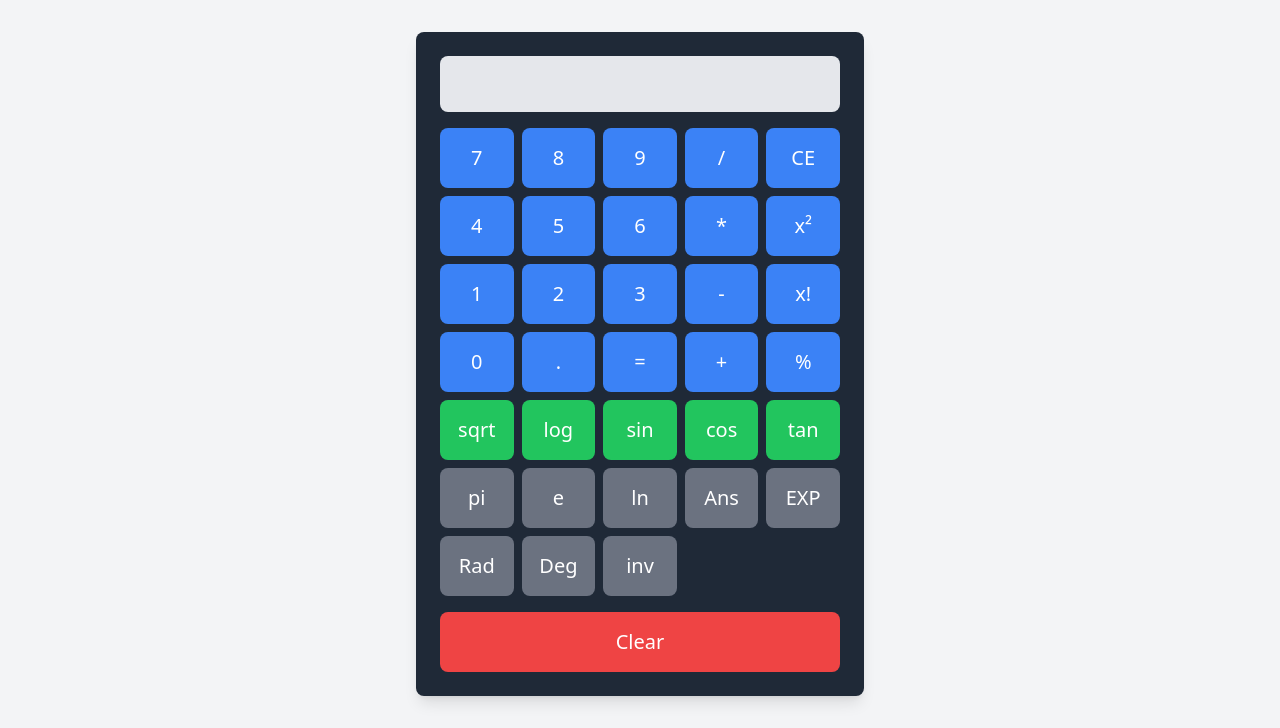
Repository: Sirinegaddour11/Calculator-App
Page: /
The author's editor kept a copy of each file at every save. The page is drawn from the files as they stood at one save, then again after a run of saves.
The browser window is 1280 px wide. The pictures show the whole page.
The project was rebuilt for these pictures with package versions that can differ from the ones it lists, and the page was loaded fresh each time. The framework's server and built-in components were replaced by stand-ins that run in the browser. Also part of the build but not shown: next.config.mjs.

Above is the page before, as saved 2024-09-16 19:25:58.

After the next 2 saves:
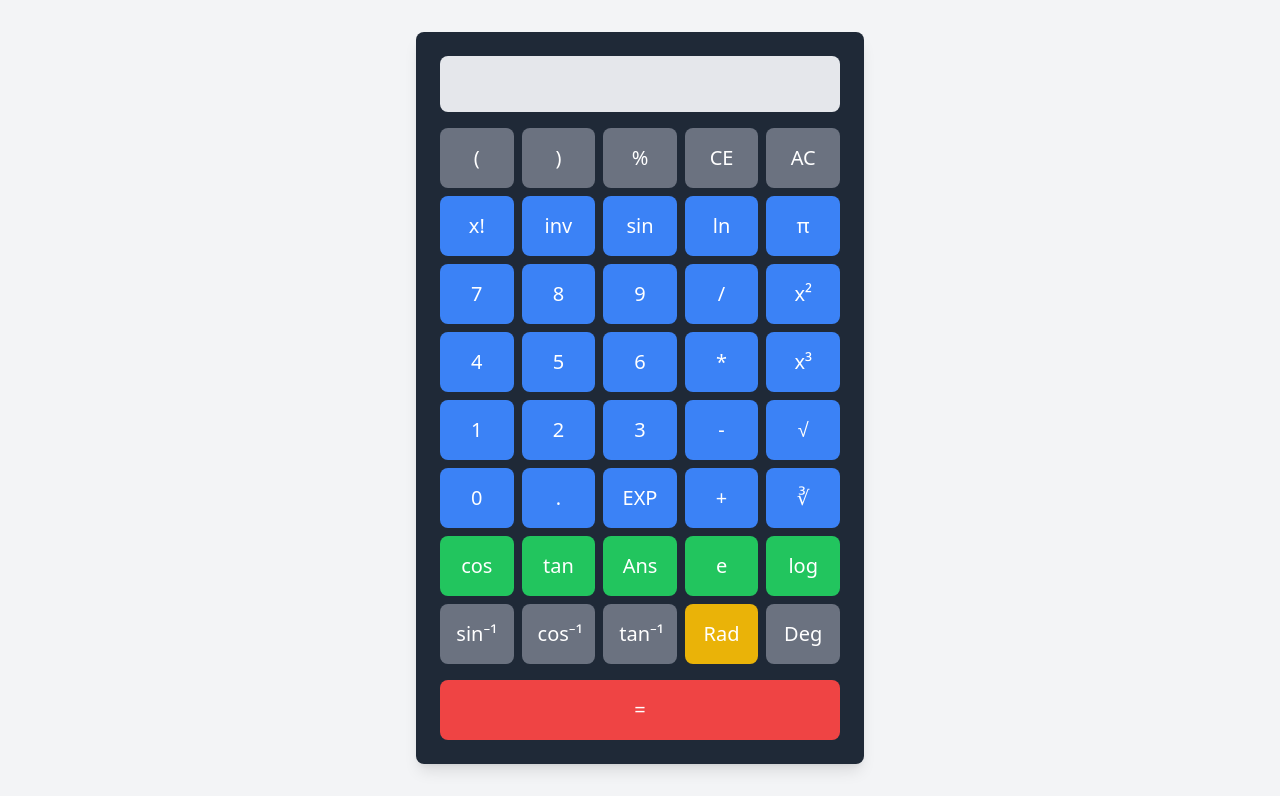
The 2 saves are shown as one change because they came seconds apart.
The last was saved 11 s later.
--- a/components/calculator.tsx
+++ b/components/calculator.tsx
@@ -114,21 +114,17 @@ const Calculator: React.FC = () => {
         />
         <div className="grid grid-cols-5 gap-2">
           {/* Ligne 1 */}
-          {["7", "8", "9", "/", "CE"].map((value, index) => (
-            <button
-              key={index}
-              className="p-4 bg-blue-500 text-white rounded-lg hover:bg-blue-600 text-xl"
-              onClick={() =>
-                value === "CE"
-                  ? handleButtonClick(value)
-                  : handleButtonClick(value)
-              }
+          {["(", ")", "%", "CE", "AC"].map((value, index) => (
+            <button
+              key={index}
+              className="p-4 bg-gray-500 text-white rounded-lg hover:bg-gray-600 text-xl"
+              onClick={() => value === "AC" ? handleClear() : handleButtonClick(value)}
             >
               {value}
             </button>
           ))}
           {/* Ligne 2 */}
-          {["4", "5", "6", "*", "x²"].map((value, index) => (
+          {["x!", "inv", "sin", "ln", "π"].map((value, index) => (
             <button
               key={index}
               className="p-4 bg-blue-500 text-white rounded-lg hover:bg-blue-600 text-xl"
@@ -138,7 +134,7 @@ const Calculator: React.FC = () => {
             </button>
           ))}
           {/* Ligne 3 */}
-          {["1", "2", "3", "-", "x!"].map((value, index) => (
+          {["7", "8", "9", "/", "x²"].map((value, index) => (
             <button
               key={index}
               className="p-4 bg-blue-500 text-white rounded-lg hover:bg-blue-600 text-xl"
@@ -148,19 +144,37 @@ const Calculator: React.FC = () => {
             </button>
           ))}
           {/* Ligne 4 */}
-          {["0", ".", "=", "+", "%"].map((value, index) => (
-            <button
-              key={index}
-              className="p-4 bg-blue-500 text-white rounded-lg hover:bg-blue-600 text-xl"
-              onClick={() =>
-                value === "=" ? handleCalculate() : handleButtonClick(value)
-              }
-            >
-              {value}
-            </button>
-          ))}
-          {/* Ligne 5 (fonctions scientifiques) */}
-          {["sqrt", "log", "sin", "cos", "tan"].map((func, index) => (
+          {["4", "5", "6", "*", "x³"].map((value, index) => (
+            <button
+              key={index}
+              className="p-4 bg-blue-500 text-white rounded-lg hover:bg-blue-600 text-xl"
+              onClick={() => handleButtonClick(value)}
+            >
+              {value}
+            </button>
+          ))}
+          {/* Ligne 5 */}
+          {["1", "2", "3", "-", "√"].map((value, index) => (
+            <button
+              key={index}
+              className="p-4 bg-blue-500 text-white rounded-lg hover:bg-blue-600 text-xl"
+              onClick={() => handleButtonClick(value)}
+            >
+              {value}
+            </button>
+          ))}
+          {/* Ligne 6 */}
+          {["0", ".", "EXP", "+", "∛"].map((value, index) => (
+            <button
+              key={index}
+              className="p-4 bg-blue-500 text-white rounded-lg hover:bg-blue-600 text-xl"
+              onClick={() => handleButtonClick(value)}
+            >
+              {value}
+            </button>
+          ))}
+          {/* Ligne 7 (fonctions scientifiques) */}
+          {["cos", "tan", "Ans", "e", "log"].map((func, index) => (
             <button
               key={index}
               className="p-4 bg-green-500 text-white rounded-lg hover:bg-green-600 text-xl"
@@ -169,12 +183,12 @@ const Calculator: React.FC = () => {
               {func}
             </button>
           ))}
-          {/* Ligne 6 (fonctions supplémentaires) */}
-          {["pi", "e", "ln", "Ans", "EXP", "Rad", "Deg", "inv"].map(
+          {/* Ligne 8 (fonctions supplémentaires) */}
+          {["sin⁻¹", "cos⁻¹", "tan⁻¹", "Rad", "Deg"].map(
             (func, index) => (
               <button
                 key={index}
-                className="p-4 bg-gray-500 text-white rounded-lg hover:bg-gray-600 text-xl"
+                className={`p-4 ${func === "Rad" && isRadianMode || func === "Deg" && !isRadianMode ? "bg-yellow-500" : "bg-gray-500"} text-white rounded-lg hover:bg-gray-600 text-xl`}
                 onClick={() => handleButtonClick(func)}
               >
                 {func}
@@ -184,9 +198,9 @@ const Calculator: React.FC = () => {
         </div>
         <button
           className="mt-4 w-full p-4 bg-red-500 text-white rounded-lg hover:bg-red-600 text-xl"
-          onClick={handleClear}
+          onClick={handleCalculate}
         >
-          Clear
+          =
         </button>
       </div>
     </div>
